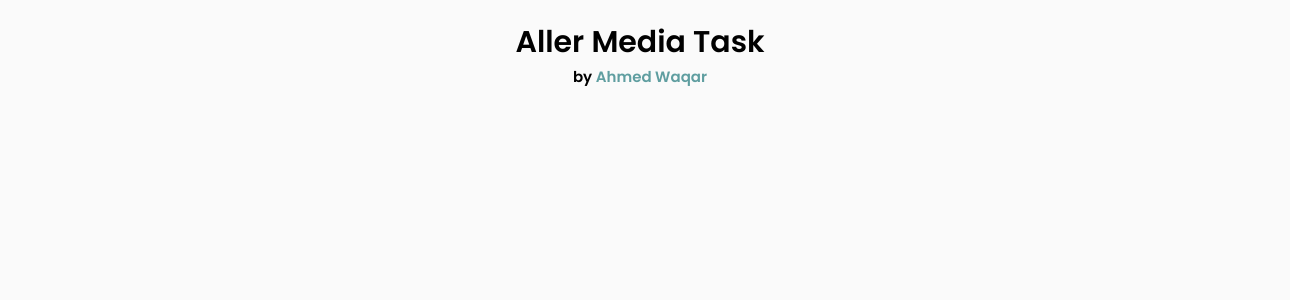
Repository: waqarmalyk/Back-to-front
Page: /
These files come from the project's save history. The page is drawn as it stood at one moment and after the next save; the edit follows.
The browser window is 1280 px wide. The page is 1290 px wide, so the pictures cover 1290 px, including what lies to the right of the window. The pictures show the whole page.
The page's requests for data from a server got no answer. The project was rebuilt for these pictures with package versions that can differ from the ones it lists, and the page was loaded fresh each time. No one was signed in, and anything a server would have sent is missing.

Above is the page before, as saved 2022-02-06 11:26:25.

After the next save:
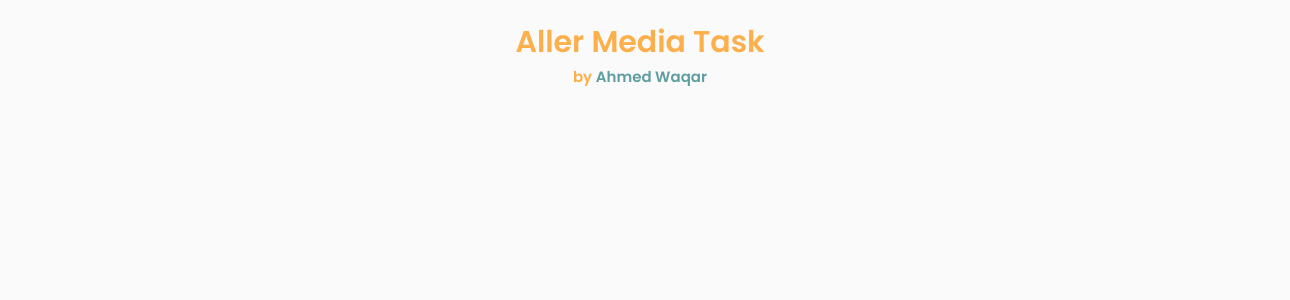
Saved 31 s later.
--- a/src/App.css
+++ b/src/App.css
@@ -26,7 +26,7 @@
 font-weight: var(--weight3);
 padding: 30px;
 background-color:var(--veryLightGray);
-color: black;
+color: var(--orange);
 margin: -10px -10px
 }
 span{
